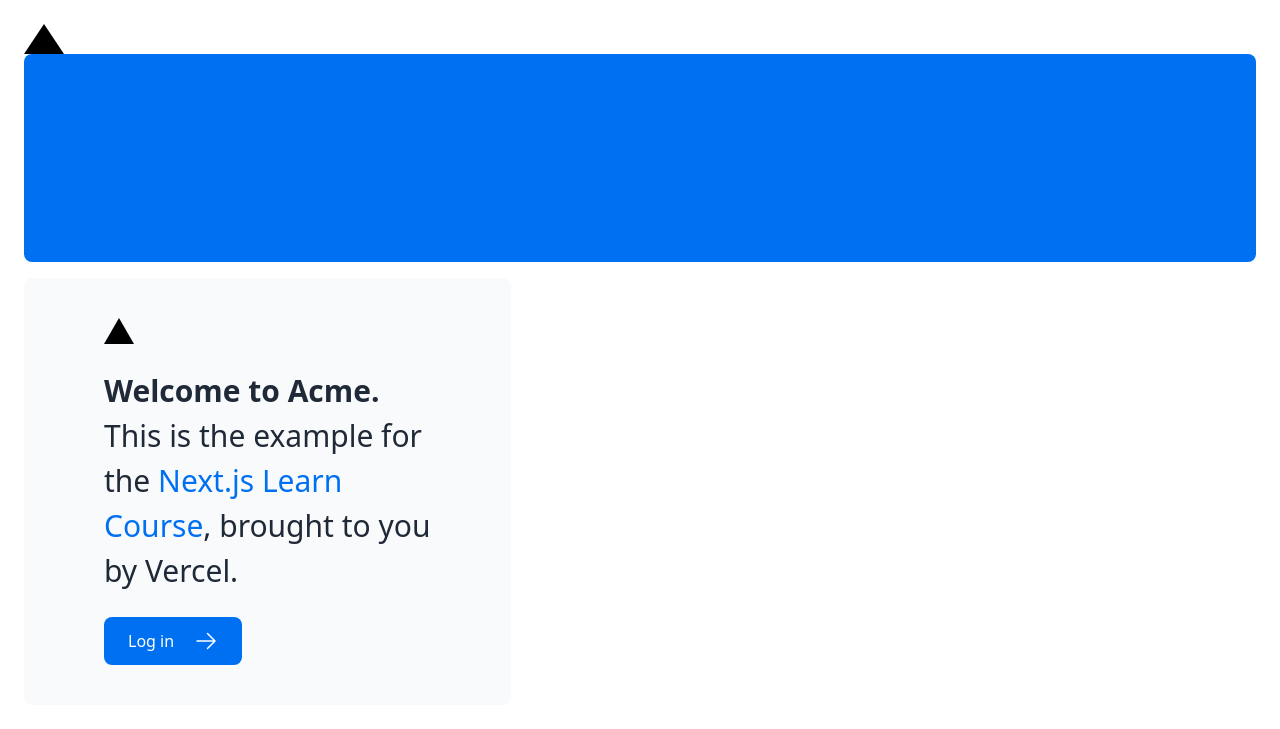
Repository: kaboreibrahim/DashbordNext
Page: /
The author's editor kept a copy of each file at every save. The page is drawn from the files as they stood at one save, then again after the next save.
The browser window is 1280 px wide. The pictures show the whole page.
The project was rebuilt for these pictures with package versions that can differ from the ones it lists, and the page was loaded fresh each time. The framework's server and built-in components were replaced by stand-ins that run in the browser. Also part of the build but not shown: next.config.ts.

Above is the page before, as saved 2025-05-23 10:11:42.

After the next save:
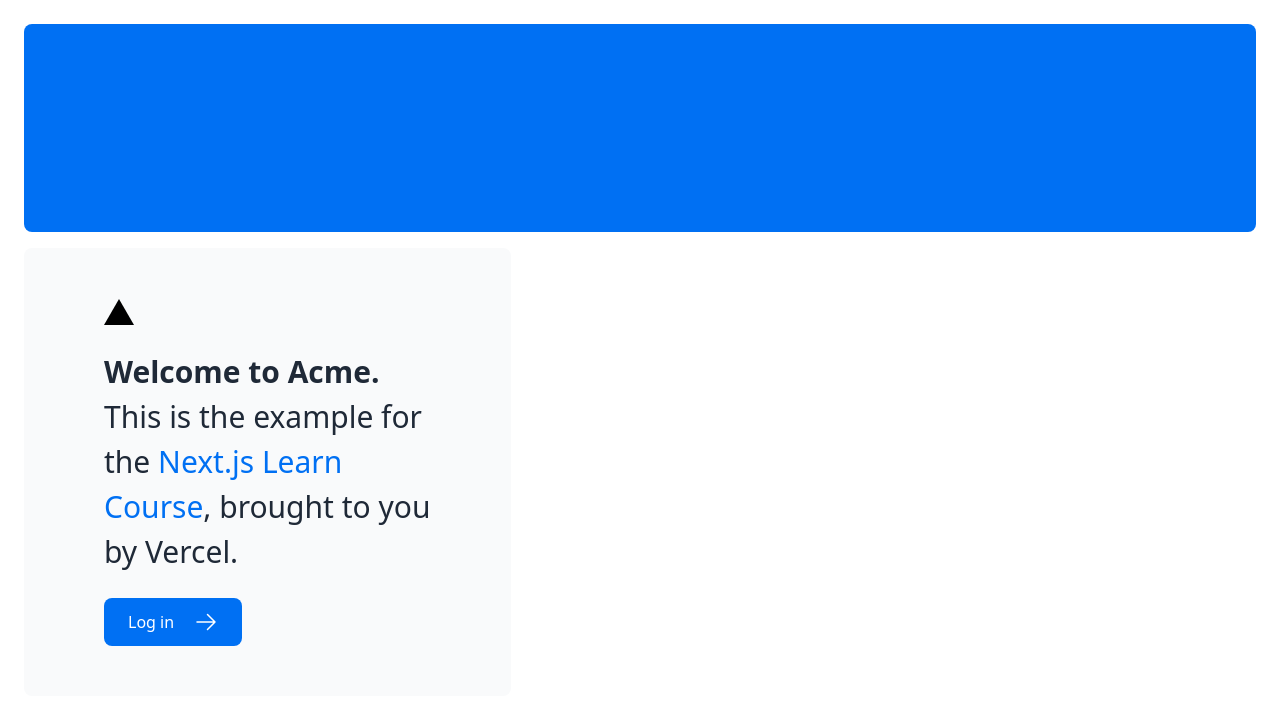
Saved 24 min 22 s later.
--- a/app/page.tsx
+++ b/app/page.tsx
@@ -1,12 +1,10 @@
 import AcmeLogo from '@/app/ui/acme-logo';
 import { ArrowRightIcon } from '@heroicons/react/24/outline';
 import Link from 'next/link';
-import styles from '@/app/ui/home.module.css';
-export default function Page() {
+ export default function Page() {
   return (
     <main className="flex min-h-screen flex-col p-6">
-      <div className={styles.shape} />
-      <div className="flex h-20 shrink-0 items-end rounded-lg bg-blue-500 p-4 md:h-52">
+       <div className="flex h-20 shrink-0 items-end rounded-lg bg-blue-500 p-4 md:h-52">
         {/* <AcmeLogo /> */}
       </div>
       <div className="mt-4 flex grow flex-col gap-4 md:flex-row">
